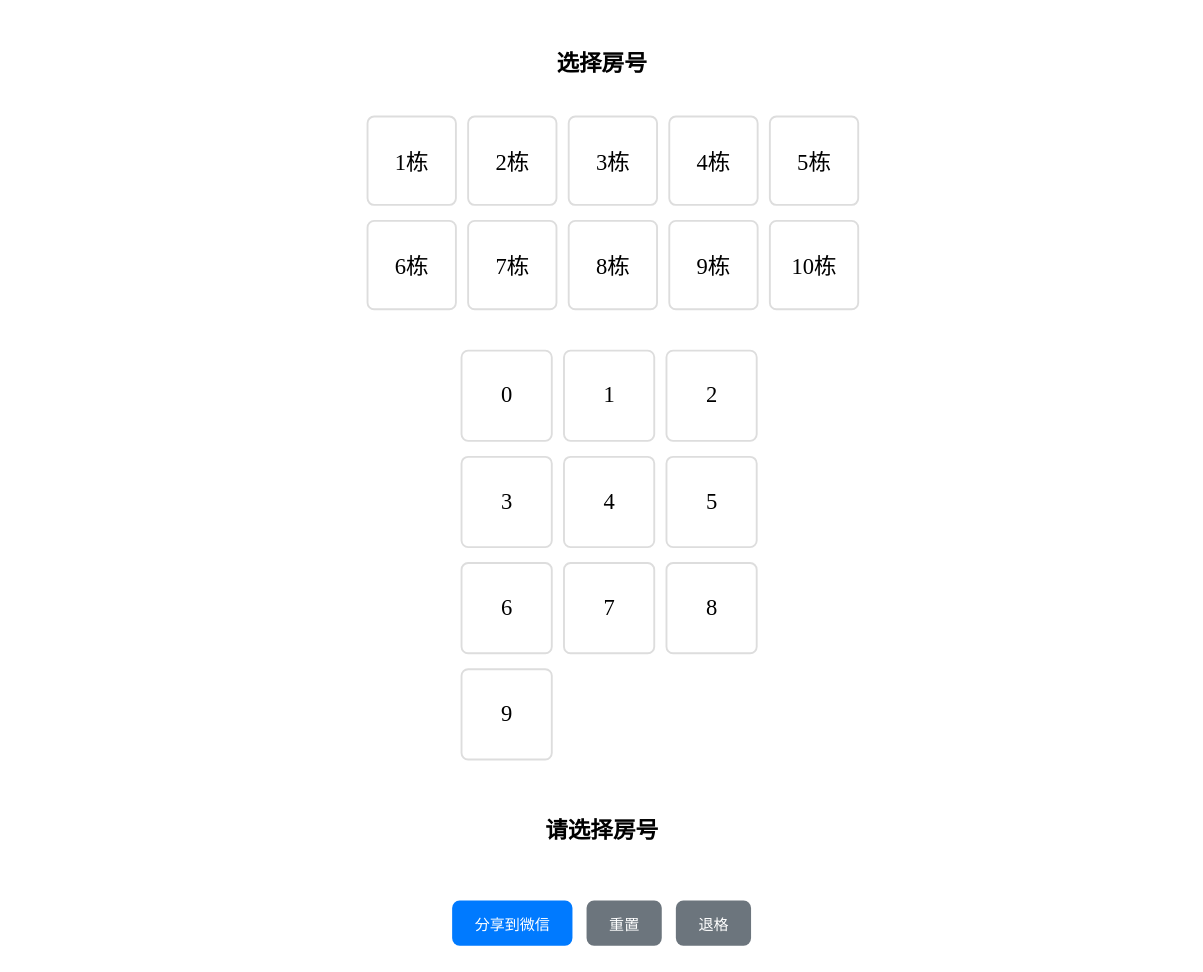
Repository: zhi-shou/moon
Page: /home
An editor plug-in stored every save of this project. The page is shown before and after the next save, followed by the edit.
The browser window is 1280 px wide. The pictures show the whole page, at 94% of full size.
The project was rebuilt for these pictures with package versions that can differ from the ones it lists, and the page was loaded fresh each time. Also part of the build but not shown: vite.config.js.

Above is the page before, as saved 2025-01-17 14:45:39.

### src/main.jsx
import { createRoot } from 'react-dom/client';
import { BrowserRouter, Routes, Route } from 'react-router-dom';
import App from './App';
import Home from './pages/home';

const rootElement = document.getElementById('root');
const root = createRoot(rootElement);
root.render(
  <BrowserRouter
    future={{ v7_startTransition: true, v7_relativeSplatPath: true }}
  >
    <Routes>
      <Route path="/" element={<App />}>
        <Route path="/home" element={<Home />} />
        <Route
          path="*"
          element={
            <main style={{ padding: '1rem' }}>
              <p>There's nothing here!</p>
            </main>
          }
        />
      </Route>
    </Routes>
  </BrowserRouter>
);

### src/App.jsx
import React from 'react';
import Home from './pages/home';

function App() {
  return (
    <div>
      <Home />
    </div>
  );
}

export default App;

### src/pages/home.jsx
import React, { useState, useEffect } from 'react';
import { styles } from './home.styles.js';

const Home = () => {
  const [selectedBuilding, setSelectedBuilding] = useState('');
  const [roomNumber, setRoomNumber] = useState('');
  const [error, setError] = useState('');

  const buildings = Array.from({ length: 10 }, (_, i) => i + 1);
  const numbers = Array.from({ length: 10 }, (_, i) => i);

  useEffect(() => {
    const generateSignature = (nonceStr, timestamp, url) => {
      return 'generated_signature';
    };

    const initWxConfig = () => {
      const nonceStr = 'nonceStr_' + Math.random().toString(36).substr(2);
      const timestamp = String(Math.floor(Date.now() / 1000));

      // 使用完整的网络地址
      const currentUrl = window.location.protocol + '//' + window.location.host + window.location.pathname;
      console.log('Current URL:', currentUrl);

      const wxConfig = {
        debug: true,
        appId: 'wx2d34c633c4e8df82',
        timestamp: timestamp,
        nonceStr: nonceStr,
        signature: generateSignature(nonceStr, timestamp, currentUrl),
        jsApiList: [
          'updateAppMessageShareData',
          'updateTimelineShareData',
          'onMenuShareTimeline',
          'onMenuShareAppMessage'
        ]
      };

      if (typeof wx !== 'undefined') {
        wx.config(wxConfig);

        wx.ready(() => {
          console.log('微信JS-SDK初始化成功');

          // 配置分享到朋友圈
          wx.updateTimelineShareData({
            title: '房号分享',
            link: currentUrl,
            imgUrl: '',
            success: function () {
              console.log('配置分享到朋友圈成功');
            },
            fail: function(res) {
              console.error('配置分享到朋友圈失败:', res);
            }
          });

          // 配置分享给朋友
          wx.updateAppMessageShareData({
            title: '房号分享',
            desc: '请查看我的房号',
            link: currentUrl,
            imgUrl: '',
            success: function () {
              console.log('配置分享给朋友成功');
            },
            fail: function(res) {
              console.error('配置分享给朋友失败:', res);
            }
          });
        });

        wx.error((res) => {
          console.error('微信JS-SDK配置错误:', res);
          alert('微信配置错误，请查看控制台');
        });
      }
    };

    initWxConfig();
  }, []);

  const handleBuildingClick = (building) => {
    setSelectedBuilding(building);
    setError('');
  };

  const handleNumberClick = (number) => {
    setRoomNumber(prev => prev + number);
    setError('');
  };

  const handleBackspace = () => {
    if (roomNumber.length > 0) {
      setRoomNumber(prev => prev.slice(0, -1));
    }
  };

  const resetSelection = () => {
    setSelectedBuilding('');
    setRoomNumber('');
    setError('');
  };

  const handleShare = () => {
    if (!selectedBuilding) {
      setError('请先选择楼栋');
      return;
    }
    if (!roomNumber) {
      setError('请输入房号');
      return;
    }

    const fullRoomNumber = `${selectedBuilding}#${roomNumber}`;

    if (typeof wx !== 'undefined') {
      // 更新分享内容
      wx.updateAppMessageShareData({
        title: '我的房号',
        desc: `我的房号是: ${fullRoomNumber}`,
        link: window.location.href.split('#')[0],
        imgUrl: '',
        success: function () {
          alert('分享设置已更新，请点击右上角菜单进行分享\n房号：' + fullRoomNumber);
        },
        fail: function(res) {
          console.error('更新分享内容失败:', res);
          alert('分享设置失败，请重试');
        }
      });
    } else {
      alert(`分享房号: ${fullRoomNumber}\n（当前环境不支持微信分享）`);
    }
  };

  return (
    <div style={styles.container}>
      <h2>选择房号</h2>

      <div style={styles.buildingSection}>
        {buildings.map(building => (
          <div
            key={building}
            style={{
              ...styles.block,
              ...(selectedBuilding === building ? styles.selectedBlock : {})
            }}
            onClick={() => handleBuildingClick(building)}
          >
            {building}栋
          </div>
        ))}
      </div>

      <div style={styles.numberSection}>
        {numbers.map(number => (
          <div
            key={number}
            style={styles.block}
            onClick={() => handleNumberClick(number)}
          >
            {number}
          </div>
        ))}
      </div>

      <div style={styles.result}>
        {selectedBuilding && roomNumber ? `${selectedBuilding}#${roomNumber}` : '请选择房号'}
      </div>

      {error && <div style={{ color: 'red', marginTop: '10px' }}>{error}</div>}

      <div style={styles.buttonGroup}>
        <button style={styles.button} onClick={handleShare}>
          分享到微信
        </button>

        <button
          style={{...styles.button, ...styles.resetButton}}
          onClick={resetSelection}
        >
          重置
        </button>

        <button
          style={{...styles.button, ...styles.resetButton}}
          onClick={handleBackspace}
        >
          退格
        </button>
      </div>
    </div>
  );
};

export default Home;

### src/pages/home.styles.js
export const styles = {
  container: {
    padding: '20px',
    display: 'flex',
    flexDirection: 'column',
    alignItems: 'center',
    gap: '20px'
  },

  buildingSection: {
    display: 'grid',
    gridTemplateColumns: 'repeat(5, 1fr)',
    gap: '15px',
    width: '100%',
    maxWidth: '500px',
    marginBottom: '30px'
  },

  numberSection: {
    display: 'grid',
    gridTemplateColumns: 'repeat(3, 1fr)',
    gap: '15px',
    width: '100%',
    maxWidth: '300px',
    marginBottom: '30px'
  },

  block: {
    width: '100%',
    aspectRatio: '1',
    border: '2px solid #ddd',
    borderRadius: '8px',
    display: 'flex',
    alignItems: 'center',
    justifyContent: 'center',
    fontSize: '24px',
    cursor: 'pointer',
    backgroundColor: 'white',
    transition: 'all 0.3s',
    '&:hover': {
      backgroundColor: '#f0f0f0'
    }
  },

  selectedBlock: {
    backgroundColor: '#007AFF',
    color: 'white',
    border: '2px solid #007AFF'
  },

  result: {
    fontSize: '24px',
    fontWeight: 'bold',
    margin: '20px 0'
  },

  buttonGroup: {
    display: 'flex',
    gap: '15px',
    marginTop: '20px'
  },

  button: {
    padding: '12px 24px',
    backgroundColor: '#007AFF',
    color: 'white',
    border: 'none',
    borderRadius: '8px',
    fontSize: '16px',
    cursor: 'pointer',
    transition: 'all 0.3s',
    '&:hover': {
      backgroundColor: '#0056b3'
    }
  },

  resetButton: {
    backgroundColor: '#6c757d'
  }
};

After the next save:
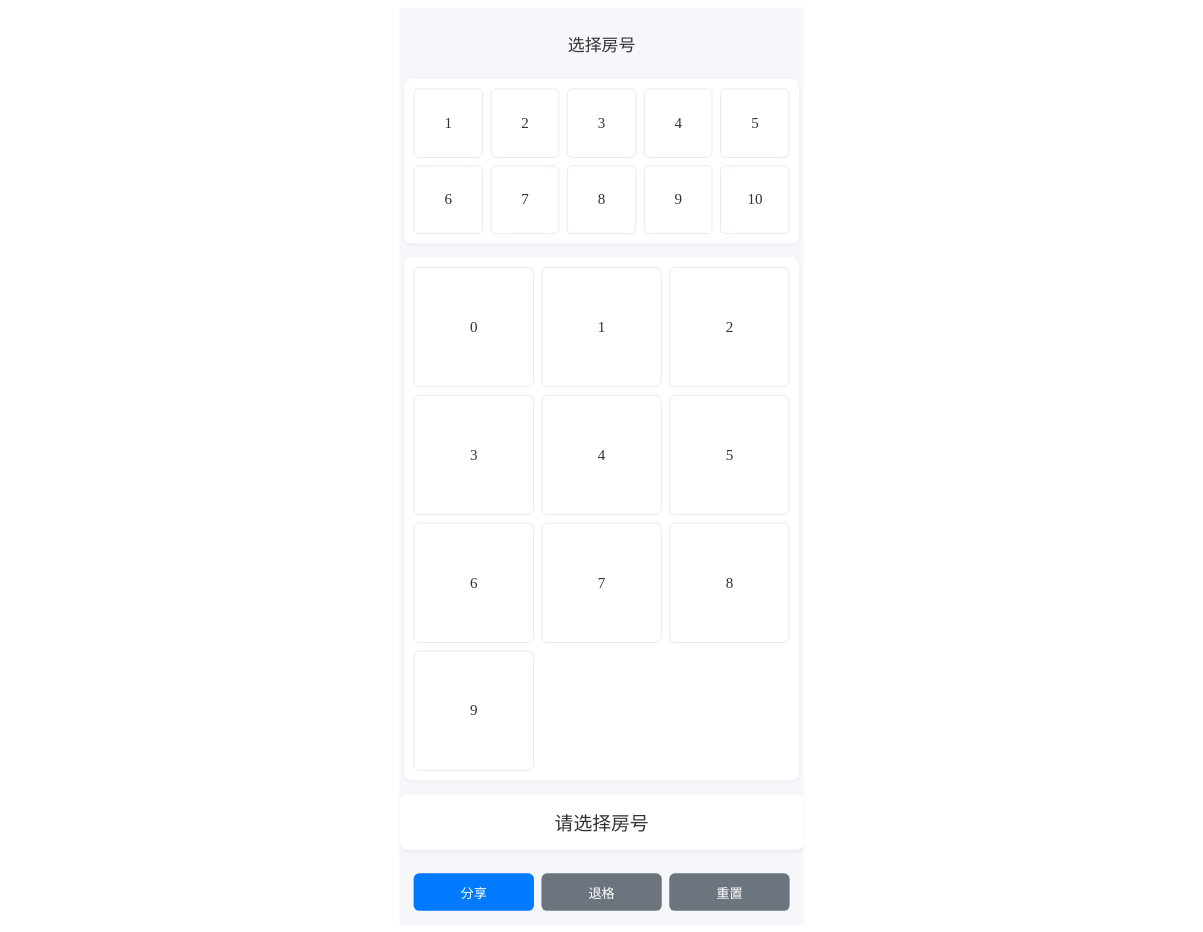
Saved 3 min 13 s later.
--- a/src/pages/home.jsx
+++ b/src/pages/home.jsx
@@ -136,7 +136,7 @@
 
   return (
     <div style={styles.container}>
-      <h2>选择房号</h2>
+      <h2 style={styles.title}>选择房号</h2>
 
       <div style={styles.buildingSection}>
         {buildings.map(building => (
@@ -148,7 +148,7 @@
             }}
             onClick={() => handleBuildingClick(building)}
           >
-            {building}栋
+            {building}
           </div>
         ))}
       </div>
@@ -169,11 +169,18 @@
         {selectedBuilding && roomNumber ? `${selectedBuilding}#${roomNumber}` : '请选择房号'}
       </div>
 
-      {error && <div style={{ color: 'red', marginTop: '10px' }}>{error}</div>}
+      {error && <div style={styles.error}>{error}</div>}
 
       <div style={styles.buttonGroup}>
         <button style={styles.button} onClick={handleShare}>
-          分享到微信
+          分享
+        </button>
+
+        <button
+          style={{...styles.button, ...styles.resetButton}}
+          onClick={handleBackspace}
+        >
+          退格
         </button>
 
         <button
@@ -182,13 +189,6 @@
         >
           重置
         </button>
-
-        <button
-          style={{...styles.button, ...styles.resetButton}}
-          onClick={handleBackspace}
-        >
-          退格
-        </button>
       </div>
     </div>
   );
--- a/src/pages/home.styles.js
+++ b/src/pages/home.styles.js
@@ -1,80 +1,110 @@
 export const styles = {
   container: {
-    padding: '20px',
+    padding: '15px',
     display: 'flex',
     flexDirection: 'column',
     alignItems: 'center',
-    gap: '20px'
+    gap: '15px',
+    maxWidth: '400px',
+    margin: '0 auto',
+    backgroundColor: '#f5f7fa'
+  },
+
+  title: {
+    fontSize: '18px',
+    fontWeight: '500',
+    color: '#333',
+    margin: '10px 0'
   },
 
   buildingSection: {
     display: 'grid',
     gridTemplateColumns: 'repeat(5, 1fr)',
-    gap: '15px',
+    gap: '8px',
     width: '100%',
-    maxWidth: '500px',
-    marginBottom: '30px'
+    padding: '10px',
+    backgroundColor: 'white',
+    borderRadius: '8px',
+    boxShadow: '0 2px 4px rgba(0,0,0,0.05)'
   },
 
   numberSection: {
     display: 'grid',
     gridTemplateColumns: 'repeat(3, 1fr)',
-    gap: '15px',
+    gap: '8px',
     width: '100%',
-    maxWidth: '300px',
-    marginBottom: '30px'
+    padding: '10px',
+    backgroundColor: 'white',
+    borderRadius: '8px',
+    boxShadow: '0 2px 4px rgba(0,0,0,0.05)'
   },
 
   block: {
-    width: '100%',
     aspectRatio: '1',
-    border: '2px solid #ddd',
-    borderRadius: '8px',
+    border: '1px solid #e4e9f0',
+    borderRadius: '6px',
     display: 'flex',
     alignItems: 'center',
     justifyContent: 'center',
-    fontSize: '24px',
+    fontSize: '16px',
     cursor: 'pointer',
     backgroundColor: 'white',
-    transition: 'all 0.3s',
-    '&:hover': {
-      backgroundColor: '#f0f0f0'
+    transition: 'all 0.2s',
+    color: '#333',
+    userSelect: 'none',
+    '&:active': {
+      transform: 'scale(0.95)'
     }
   },
 
   selectedBlock: {
     backgroundColor: '#007AFF',
     color: 'white',
-    border: '2px solid #007AFF'
+    border: '1px solid #007AFF'
   },
 
   result: {
-    fontSize: '24px',
-    fontWeight: 'bold',
-    margin: '20px 0'
+    fontSize: '20px',
+    fontWeight: '500',
+    color: '#333',
+    padding: '15px',
+    backgroundColor: 'white',
+    borderRadius: '8px',
+    width: '100%',
+    textAlign: 'center',
+    boxShadow: '0 2px 4px rgba(0,0,0,0.05)'
   },
 
   buttonGroup: {
     display: 'flex',
-    gap: '15px',
-    marginTop: '20px'
+    gap: '8px',
+    width: '100%',
+    marginTop: '10px'
   },
 
   button: {
-    padding: '12px 24px',
+    flex: '1',
+    padding: '10px',
     backgroundColor: '#007AFF',
     color: 'white',
     border: 'none',
-    borderRadius: '8px',
-    fontSize: '16px',
+    borderRadius: '6px',
+    fontSize: '14px',
     cursor: 'pointer',
-    transition: 'all 0.3s',
-    '&:hover': {
-      backgroundColor: '#0056b3'
+    transition: 'all 0.2s',
+    '&:active': {
+      transform: 'scale(0.98)'
     }
   },
 
   resetButton: {
     backgroundColor: '#6c757d'
+  },
+
+  error: {
+    color: '#dc3545',
+    fontSize: '14px',
+    marginTop: '8px',
+    textAlign: 'center'
   }
 };
